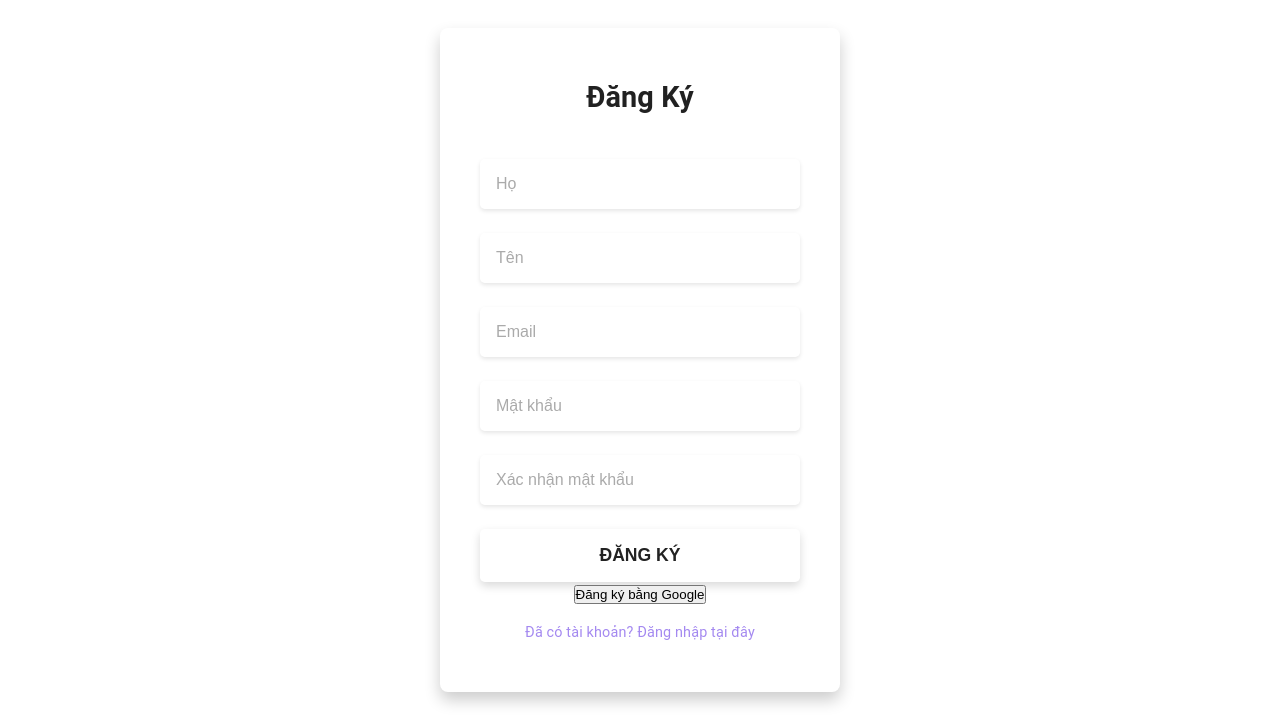
Repository: minhquang203/Homestay
Page: /register (app in client/)
An editor plug-in stored every save of this project. The page is shown before and after the next save, followed by the edit.
The browser window is 1280 px wide. The pictures show the whole page.
The project was rebuilt for these pictures with package versions that can differ from the ones it lists, and the page was loaded fresh each time. Also part of the build but not shown: client/src/styles/Footer.scss, client/src/components/Footer.jsx, client/src/styles/ListingCard.scss, client/src/components/ListingCard.jsx, client/src/styles/Loader.scss, client/src/components/Loader.jsx, client/src/styles/Navbar.scss, client/src/styles/variable.scss and 23 more.

Above is the page before, as saved 2024-12-07 16:47:05.

### client/public/index.html
<!DOCTYPE html>
<html lang="en">
  <head>
    <meta charset="utf-8" />
    <link rel="icon" href="%PUBLIC_URL%/favicon.ico" />
    <meta name="viewport" content="width=device-width, initial-scale=1" />
    <meta name="theme-color" content="#000000" />
    <meta
      name="description"
      content="Web site created using create-react-app"
    />
    <link rel="apple-touch-icon" href="%PUBLIC_URL%/logo192.png" />
    <link rel="manifest" href="%PUBLIC_URL%/manifest.json" />
    <link rel="preconnect" href="https://fonts.googleapis.com">
    <link rel="preconnect" href="https://fonts.gstatic.com" crossorigin>
    <link href="https://fonts.googleapis.com/css2?family=Nunito:ital,wght@0,200..1000;1,200..1000&display=swap" rel="stylesheet">
    <title>HomeStayMove</title>
  </head>
  <body>
    <div id="root"></div>

  </body>
</html>

### client/src/index.js
import { CssBaseline, ThemeProvider, createTheme } from "@mui/material"; // Thêm vào đây
import React from "react";
import ReactDOM from "react-dom/client";
import { Provider } from "react-redux";
import { PersistGate } from "redux-persist/integration/react";
import App from "./App";
import { persistor, store } from "./Redux/store";

// Tạo theme tùy chỉnh nếu cần thiết
const theme = createTheme({
  palette: {
    primary: {
      main: "#1976d2", // Màu chủ đạo
    },
    secondary: {
      main: "#dc004e", // Màu phụ
    },
  },
});

const root = ReactDOM.createRoot(document.getElementById("root"));
root.render(
  <React.StrictMode>
    <Provider store={store}>
      <PersistGate loading={null} persistor={persistor}>
        <ThemeProvider theme={theme}>
          <CssBaseline />
          <App />
        </ThemeProvider>
      </PersistGate>
    </Provider>
  </React.StrictMode>
);

### client/src/App.js
import { BrowserRouter, Route, Routes } from "react-router-dom";
import './App.css';
import CategoryPage from "./pages/CategoryPage";
import CreateListing from "./pages/CreateListing";
import HomePage from "./pages/HomePage";
import ListingDetails from "./pages/ListingDetails";
import LoginPage from "./pages/LoginPage";
import Profile from "./pages/Profile";
import PropertyList from "./pages/PropertyList";
import RegisterPage from "./pages/RegisterPage";
import ReservationList from "./pages/ReservationList";
import SearchPage from "./pages/SearchPage";
import TripList from "./pages/TripsList";
import WishList from "./pages/WishList";

function App() {
  return (
    <div>
    <BrowserRouter>
      <Routes>
         <Route path="/" element={<HomePage/>}></Route>
         <Route path="/register" element={<RegisterPage/>}></Route>
         <Route path="/login" element={<LoginPage/>}></Route>
         <Route path="/profile" element={<Profile/>}></Route>
         <Route path="/create-listing" element={<CreateListing/>}></Route>
         <Route path="/properties/:listingId" element={<ListingDetails/>}></Route>
         <Route path="/properties/category/:category" element={<CategoryPage />} />
         <Route path="/properties/search/:search" element={<SearchPage />} />
         <Route path="/:userId/trips" element={<TripList />} />
         <Route path="/:userId/wishList" element={<WishList />} />
         <Route path="/:userId/properties" element={<PropertyList />} />
         <Route path="/:userId/reservations" element={<ReservationList />} />
      </Routes>
    </BrowserRouter>
    </div>
  );
}

export default App;

### client/src/Redux/store.js
// store.js
import { configureStore } from "@reduxjs/toolkit";
import {
  persistStore,
  persistReducer,
  FLUSH,
  REHYDRATE,
  PAUSE,
  PERSIST,
  PURGE,
  REGISTER,
} from "redux-persist";
import storage from "redux-persist/lib/storage";
import userReducer from "./state"; // Đảm bảo đúng đường dẫn đến state.js

// Cấu hình Redux Persist
const persistConfig = {
  key: "root", // Tên của key trong localStorage
  version: 1, // Phiên bản của state để khi có thay đổi sẽ cập nhật lại
  storage, // Chọn phương thức lưu trữ, có thể là localStorage hoặc sessionStorage
};

// Tạo persisted reducer từ userReducer
const persistedReducer = persistReducer(persistConfig, userReducer);

// Tạo store với persistedReducer
export const store = configureStore({
  reducer: persistedReducer, // Dùng persisted reducer để lưu trữ trạng thái người dùng
  middleware: (getDefaultMiddleware) =>
    getDefaultMiddleware({
      serializableCheck: {
        ignoredActions: [FLUSH, REHYDRATE, PAUSE, PERSIST, PURGE, REGISTER], // Bỏ qua các action không thể serialize
      },
    }),
});

// Khởi tạo persistor từ store
export const persistor = persistStore(store);

### client/src/App.css
* {
  margin: 0;
  padding: 0;
  box-sizing: border-box;
  font-family: 'Nunito'sans-serif;
}

### client/src/pages/RegisterPage.jsx
import React, { useEffect, useState } from "react";
import { useNavigate } from "react-router-dom";
import "../styles/Register.scss";

const RegisterPage = () => {
  const [formData, setFormData] = useState({
    firstName: "",
    lastName: "",
    email: "",
    password: "",
    confirmPassword: "",
  });

  const [passwordMatch, setPasswordMatch] = useState(true);
  const [errorMessage, setErrorMessage] = useState("");
  const [successMessage, setSuccessMessage] = useState(""); // Thông báo thành công
  const navigate = useNavigate();

  useEffect(() => {
    // Kiểm tra mật khẩu khớp
    setPasswordMatch(
      formData.password === formData.confirmPassword || formData.confirmPassword === ""
    );
  }, [formData.password, formData.confirmPassword]);

  const handleChange = (e) => {
    const { name, value } = e.target;
    setFormData({ ...formData, [name]: value });
  };

  // Đăng ký thông thường
  const handleSubmit = async (e) => {
    e.preventDefault();

    if (!passwordMatch) {
      setErrorMessage("Mật khẩu không khớp.");
      setSuccessMessage("");
      return;
    }

    try {
      const response = await fetch("http://localhost:3002/auth/register", {
        method: "POST",
        headers: {
          "Content-Type": "application/json",
        },
        body: JSON.stringify(formData),
      });

      const result = await response.json();

      if (response.ok) {
        setSuccessMessage(result.message || "Đăng ký thành công!");
        setErrorMessage("");
        navigate("/login");
      } else {
        setErrorMessage(result.message || "Đăng ký không thành công.");
        setSuccessMessage("");
      }
    } catch (error) {
      console.error("Lỗi trong quá trình đăng ký:", error);
      setErrorMessage("Có lỗi xảy ra trong quá trình đăng ký.");
      setSuccessMessage("");
    }
  };

  // Đăng ký bằng tài khoản Google
  const handleGoogleRegister = () => {
    window.open("http://localhost:3002/auth/google", "_self");
  };

  return (
    <div className="register">
      <div className="register__content">
        <form className="register__content__form" onSubmit={handleSubmit}>
          <h2>Đăng Ký</h2>
          <input
            placeholder="Họ"
            name="firstName"
            value={formData.firstName}
            onChange={handleChange}
            required
          />
          <input
            placeholder="Tên"
            name="lastName"
            value={formData.lastName}
            onChange={handleChange}
            required
          />
          <input
            placeholder="Email"
            name="email"
            type="email"
            value={formData.email}
            onChange={handleChange}
            required
          />
          <input
            placeholder="Mật khẩu"
            name="password"
            type="password"
            value={formData.password}
            onChange={handleChange}
            required
          />
          <input
            placeholder="Xác nhận mật khẩu"
            name="confirmPassword"
            type="password"
            value={formData.confirmPassword}
            onChange={handleChange}
            required
          />
          {!passwordMatch && <p style={{ color: "red" }}>Mật khẩu không khớp.</p>}
          {errorMessage && <p style={{ color: "red" }}>{errorMessage}</p>}
          {successMessage && <p style={{ color: "green" }}>{successMessage}</p>}

          <button type="submit" disabled={!passwordMatch}>
            ĐĂNG KÝ
          </button>
        </form>
        <button className="register__google" onClick={handleGoogleRegister}>
          Đăng ký bằng Google
        </button>
        <a href="/login">Đã có tài khoản? Đăng nhập tại đây</a>
      </div>
    </div>
  );
};

export default RegisterPage;

### client/src/Redux/state.js
import { createSlice } from "@reduxjs/toolkit";

const initialState = {
  user: null, // Thông tin người dùng
  token: null, // Token đăng nhập
};

export const userSlice = createSlice({
  name: "user",
  initialState,
  reducers: {
    // Đăng nhập thành công, lưu thông tin người dùng và token
    setLogin: (state, action) => {
      state.user = action.payload.user;
      state.token = action.payload.token;
    },
    // Đăng xuất, xóa thông tin người dùng và token
    setLogout: (state) => {
      state.user = null;
      state.token = null;
    },
    // Cập nhật thông tin người dùng
    setUserDetails: (state, action) => {
      if (state.user) {
        state.user = { ...state.user, ...action.payload };
      }
    },
    // Cập nhật danh sách properties
    setListings: (state, action) => {
      state.listings = action.payload.listings;
    },
    setTripList: (state, action) => {
      state.user.tripList = action.payload;
    },
    setWishList: (state, action) => {
      state.user.wishList = action.payload;
    },
    setPropertyList: (state, action) => {
      state.user.propertyList = action.payload;
    },
    setReservationList: (state, action) => {
      state.user.reservationList = action.payload;
    },
  },
});

// Export các action để sử dụng
export const {
  setLogin,
  setLogout,
  setUserDetails,
  setListings,
  setTripList,
  setWishList,
  setPropertyList,
  setReservationList,
} = userSlice.actions;

// Export reducer để thêm vào store
export default userSlice.reducer;

### client/src/data.js
import { AiFillCar } from "react-icons/ai";
import {
  BiSolidDryer,
  BiSolidFirstAid,
  BiSolidFridge,
  BiSolidWasher,
  BiWifi,
  BiWorld,
} from "react-icons/bi";
import { BsFillDoorOpenFill, BsPersonWorkspace, BsSnow } from "react-icons/bs";
import {
  FaFireExtinguisher,
  FaKey,
  FaPumpSoap,
  FaShower,
  FaSkiing,
  FaUmbrellaBeach,
} from "react-icons/fa";
import { FaHouseUser, FaKitchenSet, FaPeopleRoof } from "react-icons/fa6";
import {
  GiBarbecue,
  GiBarn,
  GiBoatFishing,
  GiCactus,
  GiCampfire,
  GiCastle,
  GiCaveEntrance,
  GiCctvCamera,
  GiForestCamp,
  GiHeatHaze,
  GiIsland,
  GiToaster,
  GiWindmill,
} from "react-icons/gi";
import { IoDiamond } from "react-icons/io5";
import { MdBalcony, MdMicrowave, MdOutlineVilla, MdPets, MdYard } from "react-icons/md";
import {
  PiBathtubFill,
  PiCoatHangerFill,
  PiTelevisionFill,
} from "react-icons/pi";
import { TbBeach, TbIroning3, TbMountain, TbPool } from "react-icons/tb";

export const categories = [
  {
    label: "All",
    icon: <BiWorld />,
  },
  {
    img: "assets/beach_cat.jpg",
    label: "Beachfront",
    icon: <TbBeach />,
    description: "This property is close to the beach!",
  },
  {
    img: "assets/windmill_cat.webp",
    label: "Windmills",
    icon: <GiWindmill />,
    description: "This property is has windmills!",
  },
  {
    img: "assets/modern_cat.webp",
    label: "Iconic cities",
    icon: <MdOutlineVilla />,
    description: "This property is modern!",
  },
  {
    img: "assets/countryside_cat.webp",
    label: "Countryside",
    icon: <TbMountain />,
    description: "This property is in the countryside!",
  },
  {
    img: "assets/pool_cat.jpg",
    label: "Amazing Pools",
    icon: <TbPool />,
    description: "This is property has a beautiful pool!",
  },
  {
    img: "assets/island_cat.webp",
    label: "Islands",
    icon: <GiIsland />,
    description: "This property is on an island!",
  },
  {
    img: "assets/lake_cat.webp",
    label: "Lakefront",
    icon: <GiBoatFishing />,
    description: "This property is near a lake!",
  },
  {
    img: "assets/skiing_cat.jpg",
    label: "Ski-in/out",
    icon: <FaSkiing />,
    description: "This property has skiing activies!",
  },
  {
    img: "assets/castle_cat.webp",
    label: "Castles",
    icon: <GiCastle />,
    description: "This property is an ancient castle!",
  },
  {
    img: "assets/cave_cat.jpg",
    label: "Caves",
    icon: <GiCaveEntrance />,
    description: "This property is in a spooky cave!",
  },
  {
    img: "assets/camping_cat.jpg",
    label: "Camping",
    icon: <GiForestCamp />,
    description: "This property offers camping activities!",
  },
  {
    img: "assets/arctic_cat.webp",
    label: "Arctic",
    icon: <BsSnow />,
    description: "This property is in arctic environment!",
  },
  {
    img: "assets/desert_cat.webp",
    label: "Desert",
    icon: <GiCactus />,
    description: "This property is in the desert!",
  },
  {
    img: "assets/barn_cat.jpg",
    label: "Barns",
    icon: <GiBarn />,
    description: "This property is in a barn!",
  },
  {
    img: "assets/lux_cat.jpg",
    label: "Luxury",
    icon: <IoDiamond />,
    description: "This property is brand new and luxurious!",
  },
];

export const types = [
  {
    name: "An entire place",
    description: "Guests have the whole place to themselves",
    icon: <FaHouseUser />,
  },
  {
    name: "Room(s)",
    description:
      "Guests have their own room in a house, plus access to shared places",
    icon: <BsFillDoorOpenFill />,
  },
  {
    name: "A Shared Room",
    description:
      "Guests sleep in a room or common area that maybe shared with you or others",
    icon: <FaPeopleRoof />,
  },
];

export const facilities = [
  {
    name: "Bath tub",
    icon: <PiBathtubFill />,
  },
  {
    name: "Personal care products",
    icon: <FaPumpSoap />,
  },
  {
    name: "Outdoor shower",
    icon: <FaShower />,
  },
  {
    name: "Washer",
    icon: <BiSolidWasher />,
  },
  {
    name: "Dryer",
    icon: <BiSolidDryer />,
  },
  {
    name: "Hangers",
    icon: <PiCoatHangerFill />,
  },
  {
    name: "Iron",
    icon: <TbIroning3 />,
  },
  {
    name: "TV",
    icon: <PiTelevisionFill />,
  },
  {
    name: "Dedicated workspace",
    icon: <BsPersonWorkspace />
  },
  {
    name: "Air Conditioning",
    icon: <BsSnow />,
  },
  {
    name: "Heating",
    icon: <GiHeatHaze />,
  },
  {
    name: "Security cameras",
    icon: <GiCctvCamera />,
  },
  {
    name: "Fire extinguisher",
    icon: <FaFireExtinguisher />,
  },
  {
    name: "First Aid",
    icon: <BiSolidFirstAid />,
  },
  {
    name: "Wifi",
    icon: <BiWifi />,
  },
  {
    name: "Cooking set",
    icon: <FaKitchenSet />,
  },
  {
    name: "Refrigerator",
    icon: <BiSolidFridge />,
  },
  {
    name: "Microwave",
    icon: <MdMicrowave />,
  },
  {
    name: "Stove",
    icon: <GiToaster />,
  },
  {
    name: "Barbecue grill",
    icon: <GiBarbecue />,
  },
  {
    name: "Outdoor dining area",
    icon: <FaUmbrellaBeach />,
  },
  {
    name: "Private patio or Balcony",
    icon: <MdBalcony />,
  },
  {
    name: "Camp fire",
    icon: <GiCampfire />,
  },
  {
    name: "Garden",
    icon: <MdYard />,
  },
  {
    name: "Free parking",
    icon: <AiFillCar />,
  },
  {
    name: "Self check-in",
    icon: <FaKey />
  },
  {
    name: " Pet allowed",
    icon: <MdPets />
  }
];

### client/src/styles/Register.scss
@import "../styles/breakpoints.scss";
@import "../styles/variable.scss";


.register {
  display: flex;
  justify-content: center;
  align-items: center;
  height: 100vh;
  background: var(--background-gradient);
  font-family: var(--font-primary);
  padding: 1rem;

  &__content {
    background: var(--form-background);
    padding: 3rem 2.5rem;
    border-radius: 0.5rem;
    box-shadow: 0 8px 16px rgba(0, 0, 0, 0.2);
    max-width: 400px;
    width: 100%;
    text-align: center;
    &__form {
      display: flex;
      flex-direction: column;
      gap: 1.5rem;
      h2 {
        font-size: 1.8rem;
        margin-bottom: 1rem;
        color: var(--text-color);
      }

      input {
        padding: 1rem;
        border: 1px solid var(--input-border-color);
        border-radius: 0.3rem;
        font-size: 1rem;
        color: var(--text-color);
        background-color: var(--input-background);
        transition: border-color 0.3s ease, box-shadow 0.3s ease;
        box-shadow: 0 2px 4px rgba(0, 0, 0, 0.1);

        &:focus {
          border-color: var(--input-focus-border);
          box-shadow: 0 0 8px rgba(var(--input-focus-border), 0.3);
          outline: none;
        }


        &::placeholder {
          color: #aaa;
        }
      }

      button {
        padding: 1rem;
        background: var(--button-color);
        color: #222;
        font-weight: bold;
        font-size: 1.1rem;
        border: none;
        border-radius: 0.3rem;
        cursor: pointer;
        transition: background-color 0.3s, transform 0.2s ease;
        box-shadow: 0 4px 10px rgba(0, 0, 0, 0.15);

      &:hover {
        background-color: var(--button-hover);
        transform: translateY(-2px);
        box-shadow: 0 6px 12px rgba(0, 0, 0, 0.2);
      }

        &:active {
          transform: translateY(1px);
          box-shadow: none;
        }
      }
    }

    a {
      display: inline-block;
      margin-top: 1rem;
      color: $primary-color;
      text-decoration: none;
      font-size: 0.9rem;
      transition: color 0.3s ease, transform 0.2s;

      &:hover {
        color: $primary-hover;
        transform: scale(1.05);
      }
    }
  }
}

### client/src/styles/breakpoints.scss
  $breakpoints: (
    xs: 480px,
    sm: 768px,
    md: 992px,
    lg: 1200px,
    xl: 1400px
  );

  // Mixin media-query để dễ sử dụng các điểm ngắt
  @mixin media-query($size) {
    $breakpoint: map-get($breakpoints, $size);

    @if $breakpoint {
      @media (max-width: #{$breakpoint}) {
        @content;
      }
    } @else {
      @warn "Breakpoint '#{$size}' không tồn tại trong danh sách breakpoints!";
    }
  }
  @mixin sm {
    @media (max-width: map-get($breakpoints, "sm")) {
        @content;
    }
}

@mixin mm {
    @media (max-width: map-get($breakpoints, "mm")) {
        @content;
    }
}

@mixin md {
    @media (max-width: map-get($breakpoints, "md")) {
        @content;
    }
}

@mixin ml {
    @media (max-width: map-get($breakpoints, "ml")) {
        @content;
    }
}

@mixin lg {
    @media (max-width: map-get($breakpoints, "lg")) {
        @content;
    }
}

@mixin xl {
    @media (max-width: map-get($breakpoints, "xl")) {
        @content;
    }
}

  // Mixin để tạo kiểu cho button
  @mixin buttonStyle {
    padding: 10px 15px;
    background-color: $pinkred;
    border: none;
    font-size: 20px;
    font-weight: 600;
    cursor: pointer;
    transform: 0.3s ease;
    color: white;
    border-radius: 10px;
  }
  // Mixin flex-center để căn giữa các phần tử theo cả chiều ngang và dọc
@mixin flex-center {
  display: flex;
  justify-content: center;
  align-items: center;
}

After the next save:
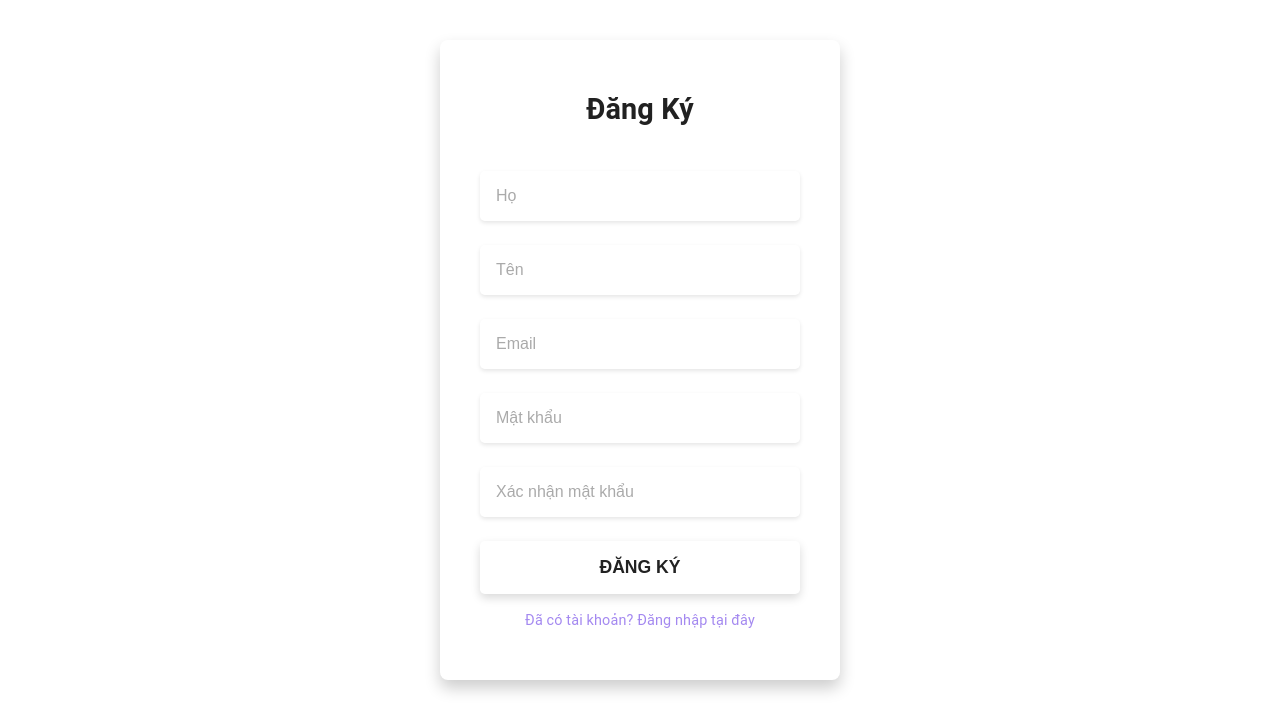
Saved 10 min 21 s later.
--- a/client/src/pages/RegisterPage.jsx
+++ b/client/src/pages/RegisterPage.jsx
@@ -120,9 +120,6 @@ const RegisterPage = () => {
             ĐĂNG KÝ
           </button>
         </form>
-        <button className="register__google" onClick={handleGoogleRegister}>
-          Đăng ký bằng Google
-        </button>
         <a href="/login">Đã có tài khoản? Đăng nhập tại đây</a>
       </div>
     </div>
